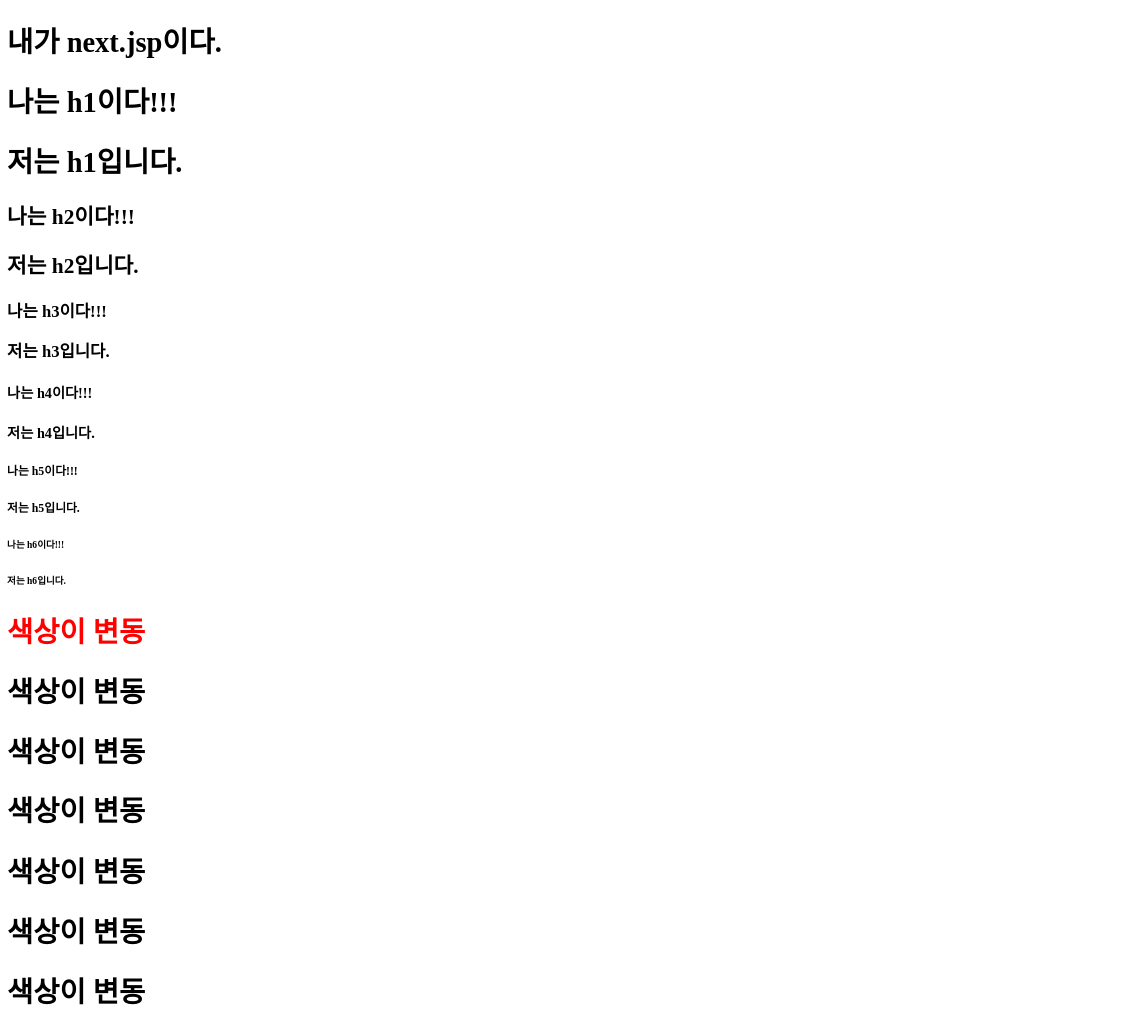
Repository: to-flatwhite1/JSP
Page: http://localhost/JSP07/next.jsp
The author's editor kept a copy of each file at every save. The page is drawn from the files as they stood at one save, then again after the next save.
The browser window is 1280 px wide. The pictures show the whole page, at 89% of full size.
The page is served by Tomcat 9.

Above is the page before, as saved 2024-05-16 02:14:10.

After the next save:
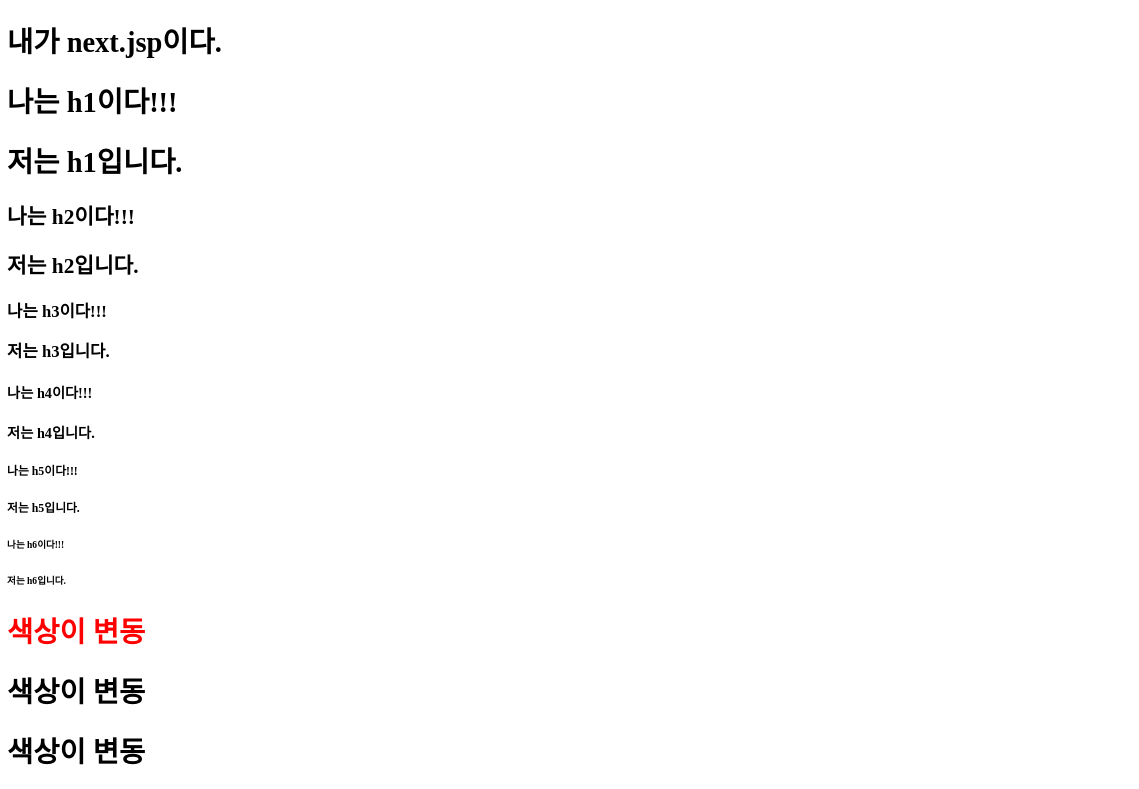
Saved 81 s later.
--- a/JSP07/src/main/webapp/next.jsp
+++ b/JSP07/src/main/webapp/next.jsp
@@ -20,12 +20,12 @@
 		%>
 
 		<% out.print("<h1 style='color:red'>"+"색상이 변동</h1>");
-			out.print("<h1>"+"색상이 변동</h1>");
-			out.print("<h1>"+"색상이 변동</h1>");
-			out.print("<h1>"+"색상이 변동</h1>");
-			out.print("<h1>"+"색상이 변동</h1>");
-			out.print("<h1>"+"색상이 변동</h1>");
-			out.print("<h1>"+"색상이 변동</h1>");
+			out.print("<h1 style='color:yellow>'"+"색상이 변동</h1>");
+			out.print("<h1 style='color:blue>"+"색상이 변동</h1>");
+			out.print("<h1 style='color:skyblue>"+"색상이 변동</h1>");
+			out.print("<h1 style='color:green>"+"색상이 변동</h1>");
+			out.print("<h1 style='color:green>"+"색상이 변동</h1>");
+			out.print("<h1 style='color:purple>"+"색상이 변동</h1>");
 
 			/*
 			switch(변수){}
